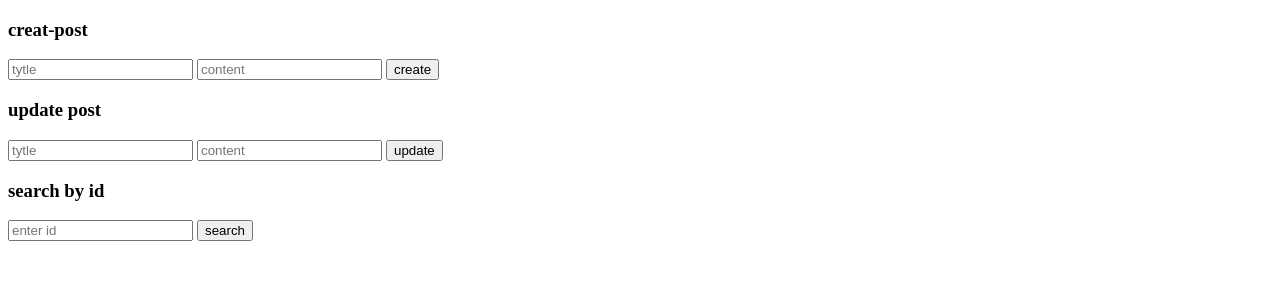
Repository: elchananChen/IITC-ELCHANAN
Page: 2024/10/14CRUD/index.html
These files come from the project's save history. The page is drawn as it stood at one moment and after the next save; the edit follows.
The browser window is 1280 px wide. The pictures show the whole page.

Above is the page before, as saved 2024-10-15 00:42:35.

After the next save:
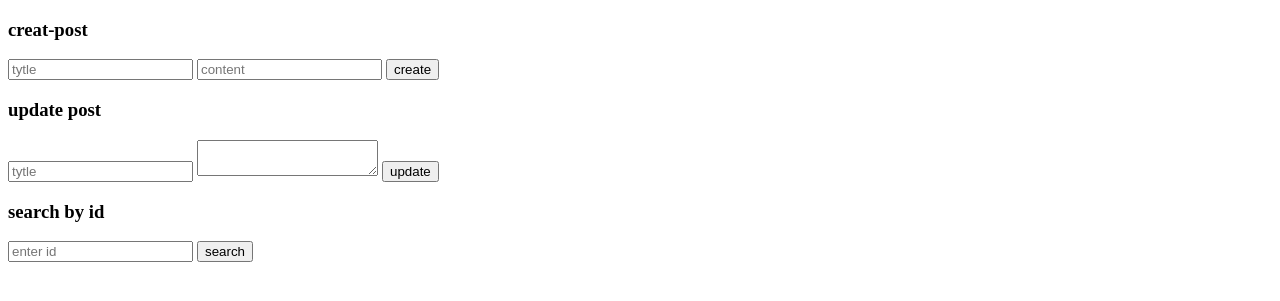
Saved 52 s later.
--- a/2024/10/14CRUD/index.html
+++ b/2024/10/14CRUD/index.html
@@ -15,7 +15,7 @@
     <h3>update post</h3>
     <form class="update-post">
       <input name="title" type="text" placeholder="tytle" />
-      <input name="content" type="text" placeholder="content" />
+      <textarea name="" id=""></textarea>
       <button class="update-btn">update</button>
     </form>
     <h3>search by id</h3>
